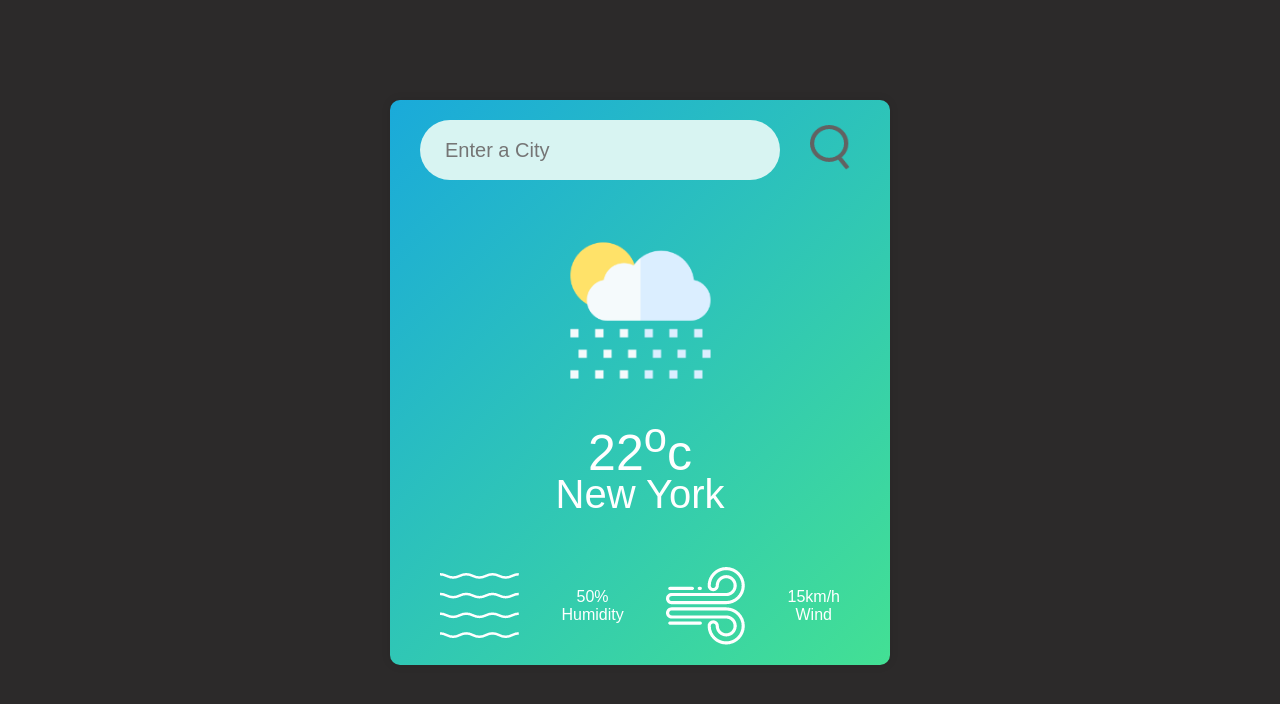
Repository: Haakim19/weatherApp
Page: index.html
These files come from the project's save history. The page is drawn as it stood at one moment and after the next save; the edit follows.
The browser window is 1280 px wide. The pictures show the whole page.

Above is the page before, as saved 2024-11-16 21:43:22.

### index.html
<!DOCTYPE html>
<html lang="en">
<head>
    <meta charset="UTF-8">
    <meta name="viewport" content="width=device-width, initial-scale=1.0">
    <title>Weather App</title>
    <link rel="stylesheet" href="style.css">
</head>
<body>
    <div class="card">
        <div class="search">
            <input type="text" placeholder="Enter a City" spellcheck="false">
            <button><img src="images/search.png"></button>
        </div>
        <div class="weather">
            <img src="images/rain.png" class="weather-icon">
            <h1 class="temp">22<sup>o</sup>c</h1>
            <h2 class="city">New York</h2>
        </div>
        <div class="details">
            <div class="col">
                <img src="images/humidity.png">
            </div>
            <div>
                <p class="humidity">50%</p>
                <p>Humidity</p>
            </div>

            <div class="col">
                <img src="images/wind.png">
            </div>
            <div>
                <p class="wind">15km/h</p>
                <p>Wind</p>
            </div>

        </div>
    </div>
</body>
</html>

### style.css
*{
    margin: 0;
    padding: 0;
    box-sizing: border-box;
    font-family: 'Poppins', sans-serif;
}

body{
    background: #2c2a2a;
}
.card{
    width: 90%;
    max-width: 500px;
    color: #fff;
    background:linear-gradient(135deg, #1aaada 0%, #43e094 100%);
    margin: 100px auto 0 ;
    border-radius: 10px;
    padding: 20px 30px;
    text-align: center;
    box-shadow: 0 0 10px rgba(0,0,0,0.1);
}
.search{
    width: 100%;
    display: flex;
    justify-content: space-between;
    align-items: center;
}
.search input{
    border:0;
    outline:0;
    background: #d8f4f2;
    padding: 10px 25px;
    border-radius: 40px;
    flex: 1;
    margin-right: 20px;
    font-size: 20px;
    height: 60px;
}
.search button{
    border:0;
    outline:0;
    background:none;
    /* padding: 10px 20px; */
    border-radius: 50%;
    font-size: 20px;
    cursor: pointer;
    height: 60px;
    width: 60px;
}
.search button img{
    width: 40px;
    height: 45px;

}
.weather-icon{
    width:200px;
    margin-top: 30px;
}
.weather h1{
    font-size: 50px;
    font-weight: 500;
}
.weather h2{
    font-size: 40px;
    font-weight: 500;
    margin-top: -10px;
}
.details {
    display: flex;
    align-items: center;
    justify-content: space-between;
    padding: 0 20px;
    margin-top: 50px;
}
.col{
    display: flex;
    align-items: center;
    text-align: left;
}

After the next save:
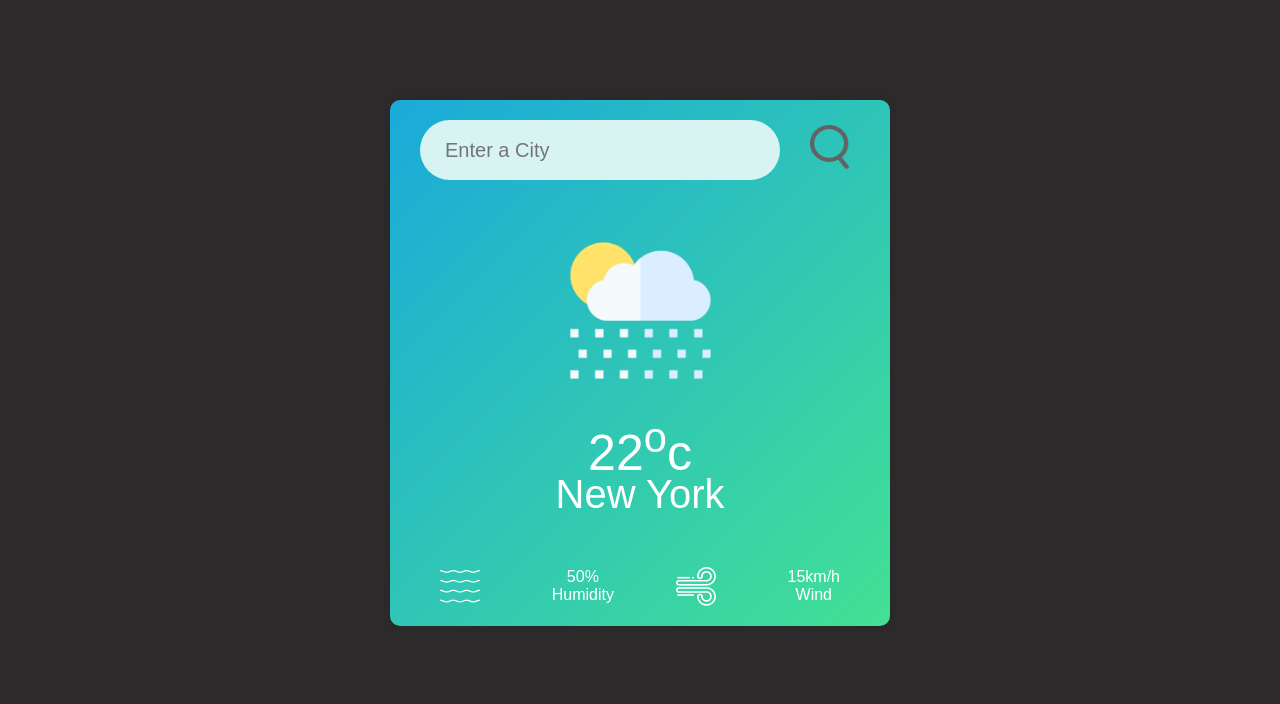
Saved 24 s later.
--- a/style.css
+++ b/style.css
@@ -77,3 +77,8 @@ body{
     align-items: center;
     text-align: left;
 }
+.col img {
+    width: 40px;
+    margin-right: 10px;
+
+}
